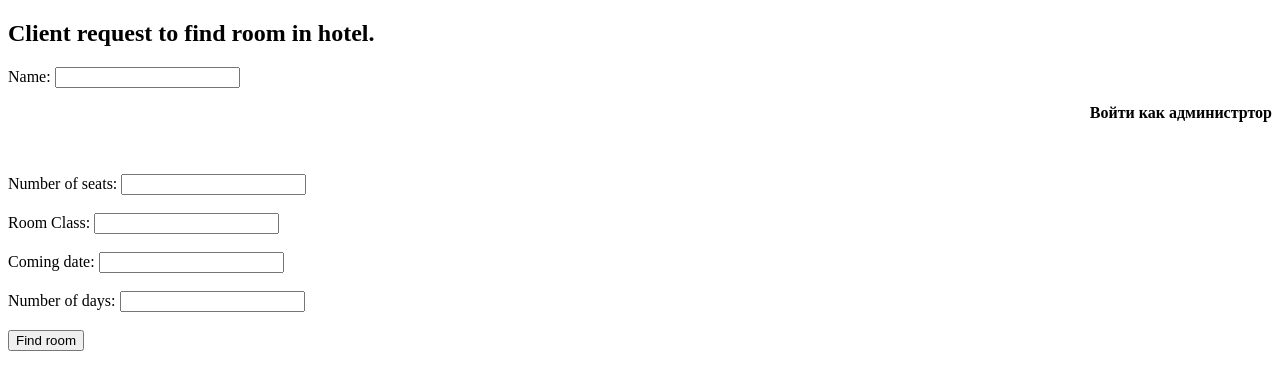
Repository: milosh-alexandr-by/ItAcademyJavaDeveloper
Page: http://localhost/HotelRequestSystem/ClientServlet.jsp
These files come from the project's save history. The page is drawn as it stood at one moment and after the next save; the edit follows.
The browser window is 1280 px wide. The pictures show the whole page.
The page is served by Tomcat 9. Other server files are loaded and not shown.

Above is the page before, as saved 2015-12-12 21:48:26.

### Project_WEB/HotelRequestSystem/WebContent/ClientServlet.jsp
<%@ page language="java" contentType="text/html; charset=UTF-8"
    pageEncoding="UTF-8"%>
<!DOCTYPE html PUBLIC "-//W3C//DTD HTML 4.01 Transitional//EN" "http://www.w3.org/TR/html4/loose.dtd">
<html>
<head>
<meta http-equiv="Content-Type" content="text/html; charset=UTF-8">
<title>Insert title here</title>
</head>
<body>

	<h2>Client request to find room in hotel.</h2>

	<form action="HotelRequestSystem" method="GET">
		Name: <input type="text" name="Name" /> <p align="right"><strong>Войти как администртор</strong></p> <br/><br/>
		Number of seats: <input type="text" name="NumberOfSeats" /> <br/><br/>
		Room Class: <input type="text" name="RoomClass" /> <br/><br/>
		Coming date: <input type="text" name="ComingDate" /> <br/><br/>
		Number of days: <input type="text" name="NumberOfDays" /> <br/><br/>
		<input type="submit" name="findRoom" value="Find room">
	</form>


</body>
</html>

After the next save:
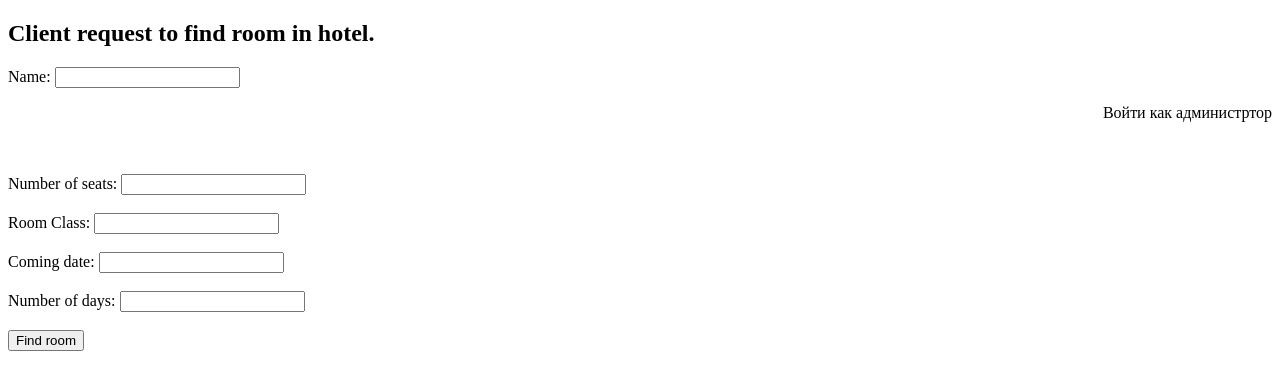
Saved 60 s later.
--- a/Project_WEB/HotelRequestSystem/WebContent/ClientServlet.jsp
+++ b/Project_WEB/HotelRequestSystem/WebContent/ClientServlet.jsp
@@ -11,7 +11,7 @@
 	<h2>Client request to find room in hotel.</h2>
 
 	<form action="HotelRequestSystem" method="GET">
-		Name: <input type="text" name="Name" /> <p align="right"><strong>Войти как администртор</strong></p> <br/><br/>
+		Name: <input type="text" name="Name" /> <p align="right">Войти как администртор</p> <br/><br/>
 		Number of seats: <input type="text" name="NumberOfSeats" /> <br/><br/>
 		Room Class: <input type="text" name="RoomClass" /> <br/><br/>
 		Coming date: <input type="text" name="ComingDate" /> <br/><br/>

After the save that followed:
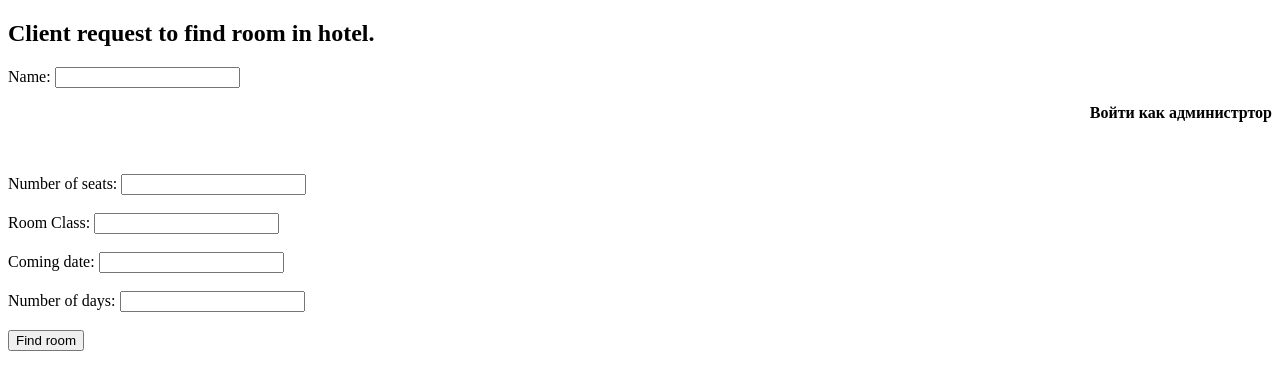
Saved 25 s later.
--- a/Project_WEB/HotelRequestSystem/WebContent/ClientServlet.jsp
+++ b/Project_WEB/HotelRequestSystem/WebContent/ClientServlet.jsp
@@ -11,7 +11,7 @@
 	<h2>Client request to find room in hotel.</h2>
 
 	<form action="HotelRequestSystem" method="GET">
-		Name: <input type="text" name="Name" /> <p align="right">Войти как администртор</p> <br/><br/>
+		Name: <input type="text" name="Name" /> <p align="right"><strong>Войти как администртор</strong></p> <br/><br/>
 		Number of seats: <input type="text" name="NumberOfSeats" /> <br/><br/>
 		Room Class: <input type="text" name="RoomClass" /> <br/><br/>
 		Coming date: <input type="text" name="ComingDate" /> <br/><br/>
